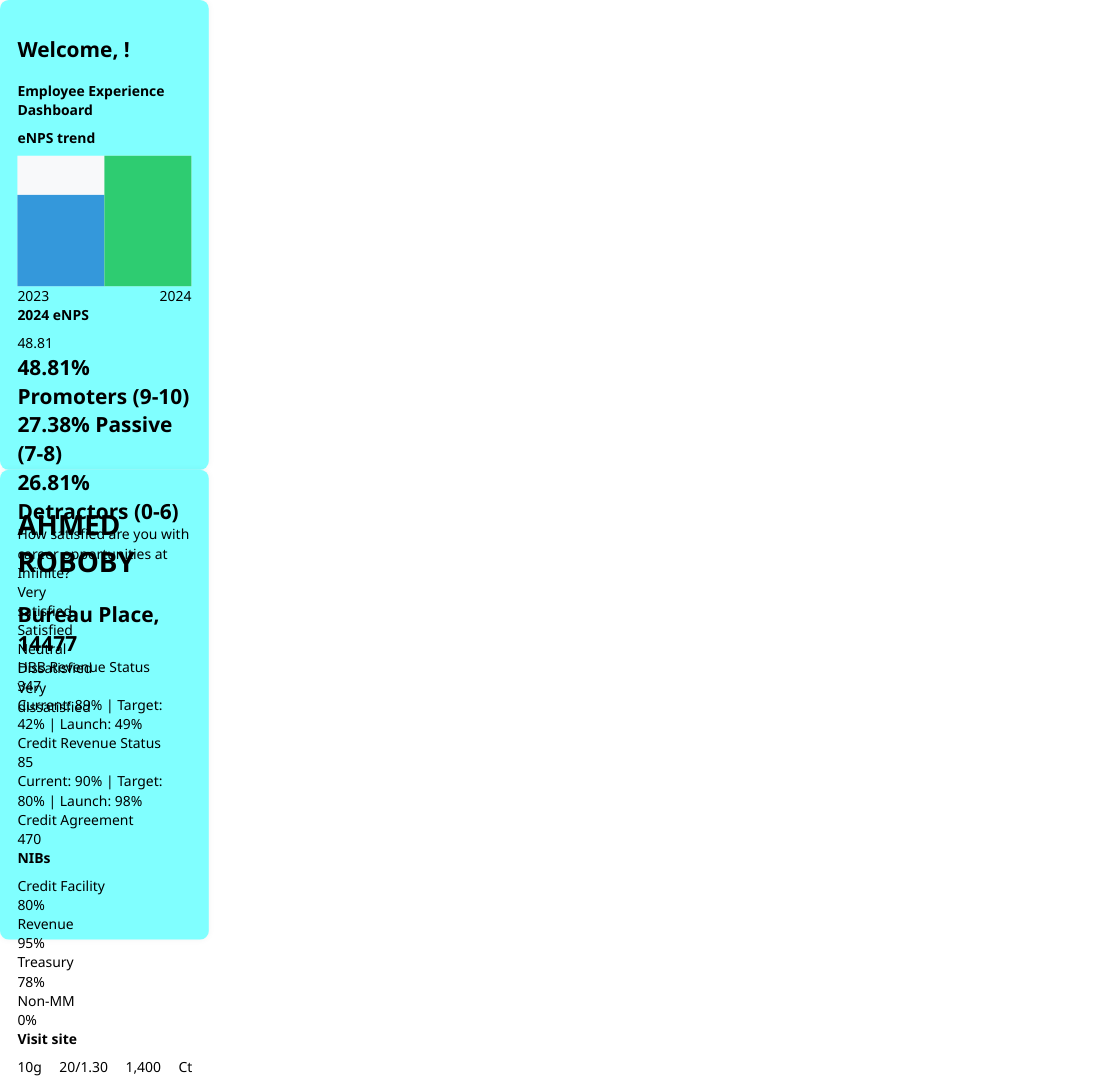
Repository: Ramaryal33/Airline-Management-System
Page: http://localhost/Airline_Management_System/WEB-INF/page/staffDashboard.jsp
The author's editor kept a copy of each file at every save. The page is drawn from the files as they stood at one save, then again after the next save.
The browser window is 1280 px wide. The pictures show the whole page, at 87% of full size.
The page is served by Tomcat 10. Nobody is signed in. The template is opened directly, without the code that normally fills it, so the values that code supplies are empty.

Above is the page before, as saved 2025-05-02 00:06:51.

After the next save:
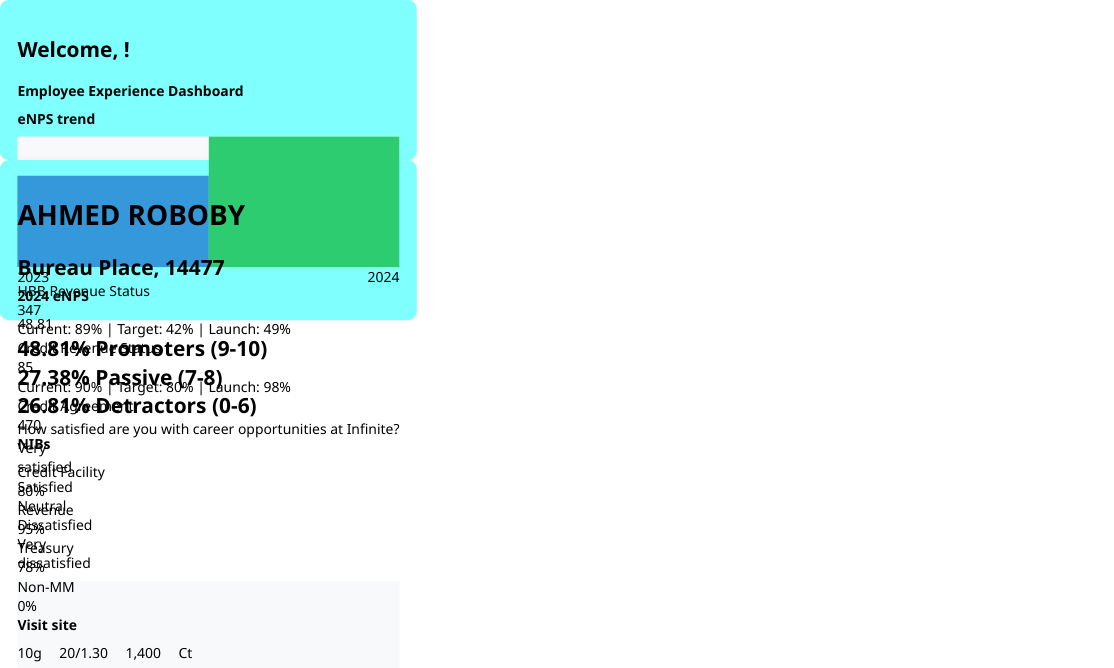
Saved 55 s later.
--- a/Airline_Management_System/src/main/webapp/css/staff.css
+++ b/Airline_Management_System/src/main/webapp/css/staff.css
@@ -65,8 +65,8 @@ body {
     background-color: rgb(128, 255, 255);
     padding: 20px;
     border-radius: 10px;
-    width: 200px;
-    height:500px;
+    width: 20vn;
+    height:20vh;
     box-shadow: 0 0 8px rgba(0,0,0,0.05);
 }
 
